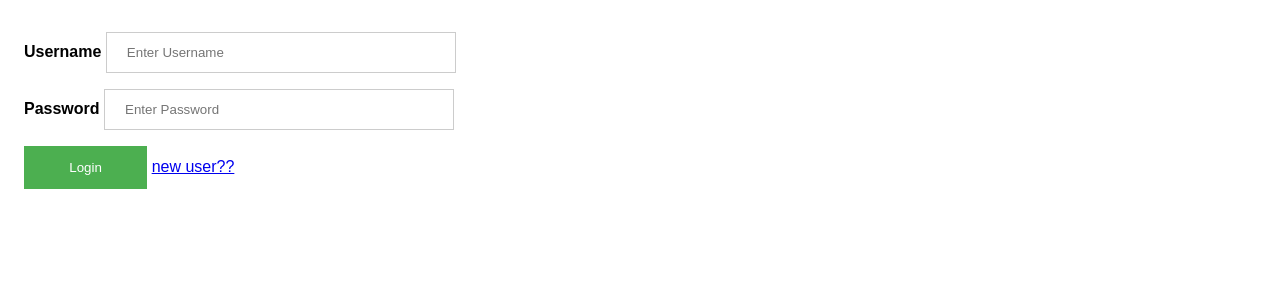
Repository: mugdha97/JSPServlet
Page: http://localhost/com.bridgelabz.loginRegister/login.jsp
These files come from the project's save history. The page is drawn as it stood at one moment and after the next save; the edit follows.
The browser window is 1280 px wide. The pictures show the whole page.
The page is served by Tomcat 9. Other server files are loaded and not shown.

Above is the page before, as saved 2019-10-19 04:56:06.

### com.bridgelabz.loginRegister/WebContent/login.jsp
<%@ page language="java" contentType="text/html; charset=UTF-8"
    pageEncoding="UTF-8"%>
<!DOCTYPE html>
<html>
<head>
<meta charset="UTF-8">
<title>Insert title here</title>
<link rel="stylesheet" href="login.css">
</head>
<body>
<form action="login" method="post">
<div class="container">
      <label for="uname"><b>Username</b></label>
      <input type="text" placeholder="Enter Username" name="uname" required><br>

      <label for="psw"><b>Password</b></label>
      <input type="password" placeholder="Enter Password" name="password" required><br>

      <button type="submit"value="login">Login</button>
     <a href="Registration.jsp">new user??</a>
    </div>
    </form>
<!-- /<form action="login" method="post"> -->
<!-- //Enter User Name:<input type="text" name="uname"><br> -->
<!-- //Enter password :<input type="password" name="password"><br> -->
<!-- //<input type="submit" value="login"> -->
<!-- //<a href="Registration.jsp">new user??</a> -->
<!-- //</form> -->
<form >


</form>
</body>
</html>

### com.bridgelabz.loginRegister/WebContent/login.css
body {font-family: Arial, Helvetica, sans-serif;}

/* Full-width input fields */
input[type=text], input[type=password] {
  width: 25%;
  padding: 12px 20px;
  margin: 8px 0;
  display: inline-block;
  border: 1px solid #ccc;

}

/* Set a style for all buttons */
button {
  background-color: #4CAF50;
  color: white;
  padding: 14px 20px;
  margin: 8px 0;
  border: none;
  cursor: pointer;
  width: 10%;
}

button:hover {
  opacity: 0.8;
}

/* Extra styles for the cancel button */


.container {
  padding: 16px;
}

span.psw {
  float: right;
  padding-top: 16px;
}

/* The Modal (background) */
.modal {
  display: none; /* Hidden by default */
  position: fixed; /* Stay in place */
  z-index: 1; /* Sit on top */
  left: 0;
  top: 0;
  width: 100%; /* Full width */
  height: 100%; /* Full height */
  overflow: auto; /* Enable scroll if needed */
  background-color: rgb(0,0,0); /* Fallback color */
  background-color: rgba(0,0,0,0.4); /* Black w/ opacity */
  padding-top: 60px;
}

/* Modal Content/Box */
.modal-content {
  background-color: #fefefe;
  margin: 5% auto 15% auto; /* 5% from the top, 15% from the bottom and centered */
  border: 1px solid #888;
  width: 80%; /* Could be more or less, depending on screen size */
}

/* The Close Button (x) */
.close {
  position: absolute;
  right: 25px;
  top: 0;
  color: #000;
  font-size: 35px;
  font-weight: bold;
}

.close:hover,
.close:focus {
  color: red;
  cursor: pointer;
}

/* Add Zoom Animation */
.animate {
  -webkit-animation: animatezoom 0.6s;
  animation: animatezoom 0.6s
}


/* Change styles for span and cancel button on extra small screens */

After the next save:
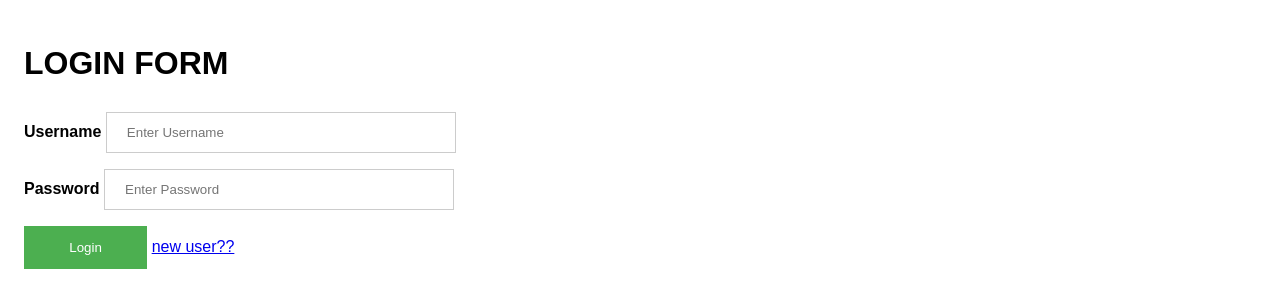
Saved 76 s later.
--- a/com.bridgelabz.loginRegister/WebContent/login.jsp
+++ b/com.bridgelabz.loginRegister/WebContent/login.jsp
@@ -10,6 +10,7 @@
 <body>
 <form action="login" method="post">
 <div class="container">
+		<div><h1> LOGIN FORM</h1></div>
       <label for="uname"><b>Username</b></label>
       <input type="text" placeholder="Enter Username" name="uname" required><br>
 
